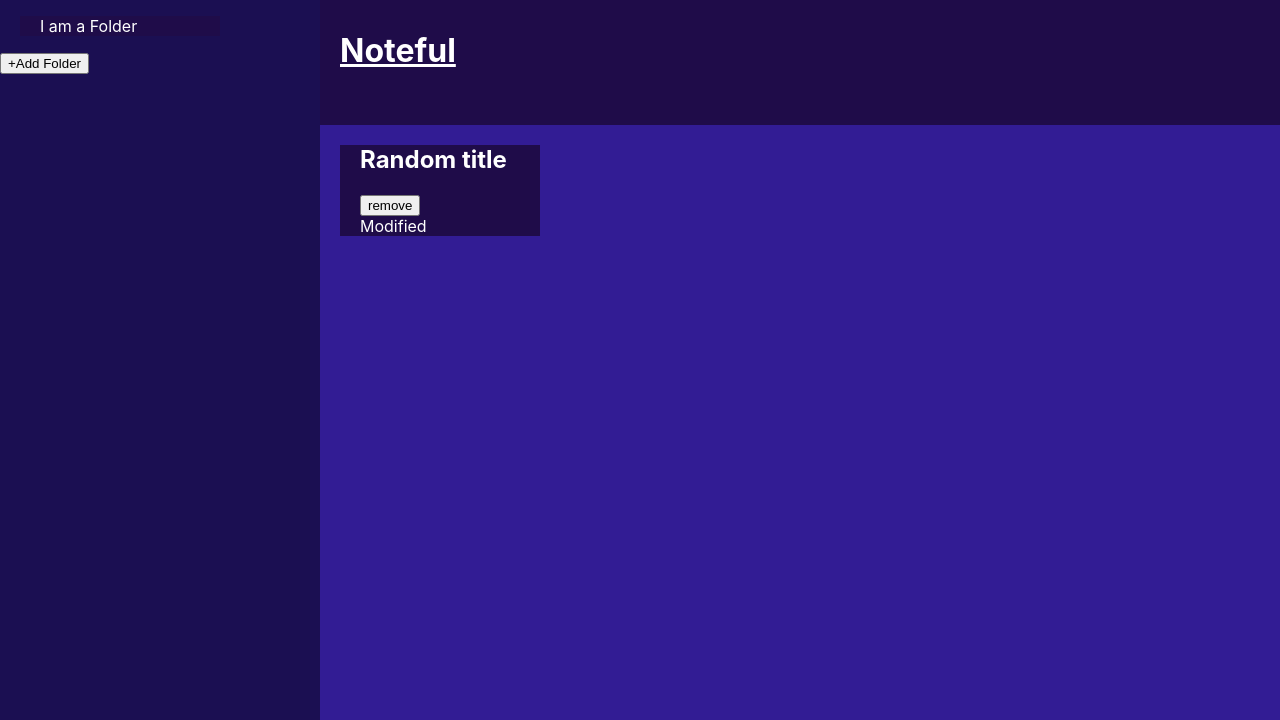
Repository: thinkful-ei-macaw/noteful-agatha-curtis
Page: /
An editor plug-in stored every save of this project. The page is shown before and after the next save, followed by the edit.
The browser window is 1280 px wide. The pictures show the whole page.
The project was rebuilt for these pictures with package versions that can differ from the ones it lists, and the page was loaded fresh each time.

Above is the page before, as saved 2020-03-10 13:18:34.

### public/index.html
<!DOCTYPE html>
<html lang="en">
  <head>
    <meta charset="utf-8" />
    <link rel="icon" href="%PUBLIC_URL%/favicon.ico" />
    <meta name="viewport" content="width=device-width, initial-scale=1" />
    <meta name="theme-color" content="#000000" />
    <meta
      name="description"
      content="Web site created using create-react-app"
    />
    <link rel="apple-touch-icon" href="%PUBLIC_URL%/logo192.png" />
    <!--
      manifest.json provides metadata used when your web app is installed on a
      user's mobile device or desktop. See https://developers.google.com/web/fundamentals/web-app-manifest/
    -->
    <link rel="manifest" href="%PUBLIC_URL%/manifest.json" />
    <!--
      Notice the use of %PUBLIC_URL% in the tags above.
      It will be replaced with the URL of the `public` folder during the build.
      Only files inside the `public` folder can be referenced from the HTML.

      Unlike "/favicon.ico" or "favicon.ico", "%PUBLIC_URL%/favicon.ico" will
      work correctly both with client-side routing and a non-root public URL.
      Learn how to configure a non-root public URL by running `npm run build`.
    -->
    <title>Noteful React</title>
  </head>
  <body>
    <noscript>You need to enable JavaScript to run this app.</noscript>
    <div id="root"></div>
    <!--
      This HTML file is a template.
      If you open it directly in the browser, you will see an empty page.

      You can add webfonts, meta tags, or analytics to this file.
      The build step will place the bundled scripts into the <body> tag.

      To begin the development, run `npm start` or `yarn start`.
      To create a production bundle, use `npm run build` or `yarn build`.
    -->
  </body>
</html>

### src/App.js
import React, {Component} from 'react';
import './App.css';
import Header from './Component/Header';
import Note from './Component/Note';
import Folder from './Component/Folder';



class App extends Component {
  state = {
    notes: [],
    folders: [],
  };





render(){
    return (
      <main id='main'>
        <div className='Header'>
          <Header />
        </div>
        <div className='Folder'>
          <Folder/>
        </div>
        <div className='Note'>
          <Note />
        </div>
        <div>

        </div>
      </main>
    );
  }
}

export default App;

### src/App.css
.App {
  text-align: center;
}

* {
  box-sizing: border-box;
}

#main {
  display: grid;
  grid-template-areas:
  "nav header"
  "nav main";
  grid-template-columns: 25% 75%;
  grid-template-rows: 125px 1fr;
  overflow: auto;
  height: calc(100vh);
}

.Header {
  background-color: rgb(31, 12, 73);
  width: 100%;
  grid-area: header;
}

.Folder {
  background-color: #1b0f52;
  grid-area: nav;
}

.Note {
  background-color: #321c94;
  grid-area: main;
}

### src/Component/Header.js
import React,{Component} from 'react';
import './Header.css'

class Header extends Component {
  render(){
    return (
     <header className="app-header">
      <h1><a href='#'>Noteful</a></h1>
      </header>
    )
  };
}



export default Header;

### src/Component/Note.js
import React from 'react'
//import { Link } from 'react-router-dom'
import './Note.css';


export default function Note(props) {
  return (
    <div className='Note__container'>
      <h2 className='Note__title'>
        Random title
      </h2>
      <button className='Note__delete' type='button'>
        remove
      </button>
      <div className='Note__dates'>
        <div className='Note__dates-modified'>
          Modified
          <span className='Date'>

          </span>
        </div>
      </div>
      </div>
  )
}

### src/Component/Folder.js
import React,{Component} from 'react';
import './Folder.css';
import AddFolder from './Button/AddFolder';


export default class Folder extends Component {


     render(){
         return(
             <div class='folder__container'>
                <div className= "folder-js">
                <p>I am a Folder</p>
                </div>
             <div><AddFolder/></div>
             </div>
         );
     }
}

### src/Component/Header.css


h1 {
    color: white;
    padding: 10px 5px 5px 20px;
  }

a:link, a:visited, a:active {
    color: white;
}

a:hover {
    color: rgb(56, 135, 240)
}

### src/Component/Note.css
.Note__container {
    padding-left: 20px;
    margin-left: 20px;
    background-color: rgb(31, 12, 73);
    width: 200px;
    color: white;
}

### src/Component/Folder.css
.folder__container {
    grid-row-start: 2;
    grid-row-end: 2;
    grid-column-start: 1;
    grid-column-end: 1;
}

.folder-js {
    padding-left: 20px;
    margin-left: 20px;
    background-color: rgb(31, 12, 73);
    width: 200px;
    color: white;
}

### src/Component/Button/AddFolder.js
import React, {Component} from 'react';
import './AddFolder.css'

export default class AddFolder extends Component {
    render(){
        return(
                <section className='adding-folder'>
                    <button className='add-folder-btn' type='button'>
                        +Add Folder
                    </button>
                </section>
        )
    }
}

Loaded but not shown: src/index.js (common file); src/index.css (common file); src/Component/Button/AddFolder.css (no stored copy; drawn as an empty file)

After the next save:
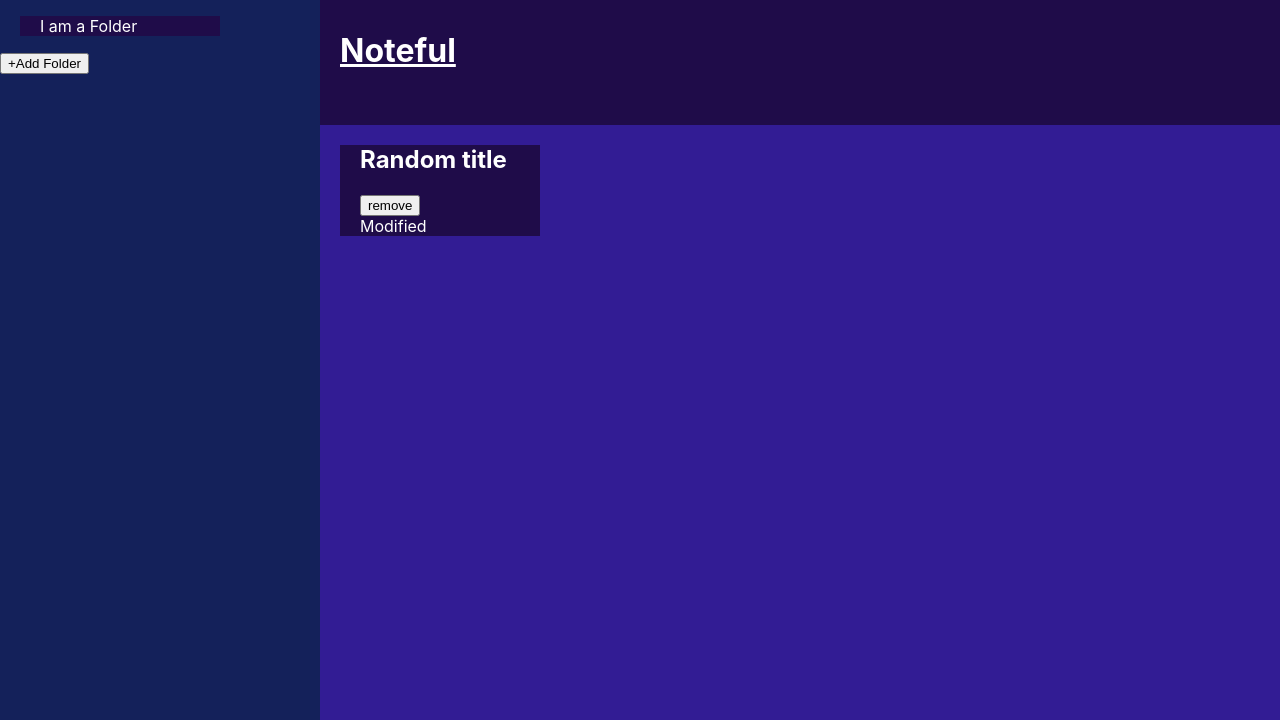
Saved 15 s later.
--- a/src/App.css
+++ b/src/App.css
@@ -24,7 +24,7 @@
 }
 
 .Folder {
-  background-color: #1b0f52;
+  background-color: #14215a;
   grid-area: nav;
 }
 
